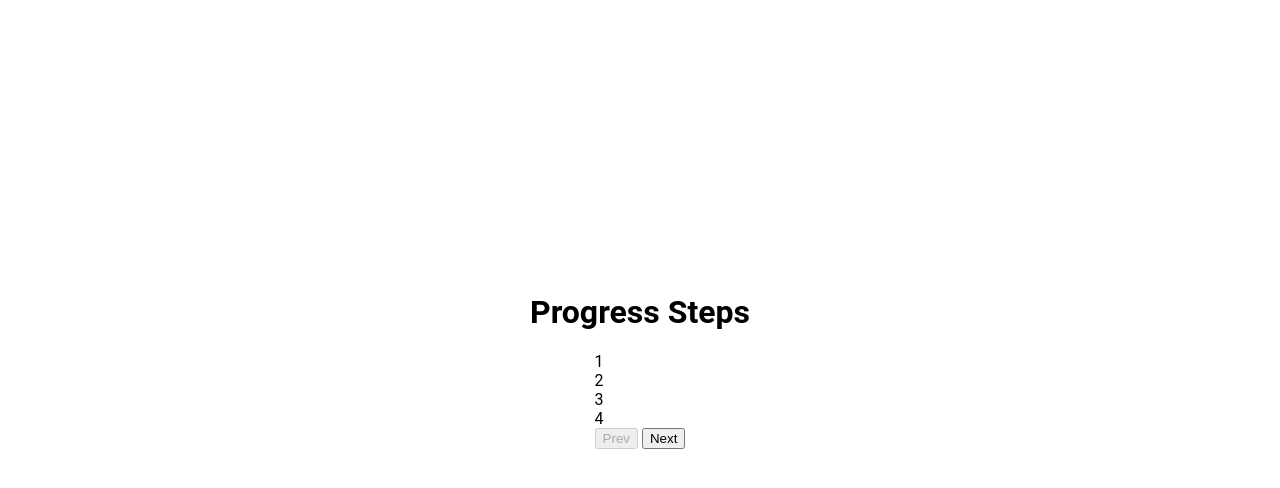
Repository: thecoachanna/progress-step-bar
Page: index.html
These files come from the project's save history. The page is drawn as it stood at one moment and after the next save; the edit follows.
The browser window is 1280 px wide. The pictures show the whole page.
Some web fonts or font styles are not loaded; a fallback is used.

Above is the page before, as saved 2023-02-15 15:58:16.

### index.html
<!DOCTYPE html>
<html lang="en">
<head>
    <meta charset="UTF-8">
    <meta http-equiv="X-UA-Compatible" content="IE=edge">
    <meta name="viewport" content="width=device-width, initial-scale=1.0">
    <link rel="stylesheet" href="style.css">
    <title>Progress Steps</title>
</head>
<body>
    <h1>Progress Steps</h1>

    <div class="container">
        <div class="progress-container">
            <div class="progress" id="progress"></div>
            <div class="circle active">1</div>
            <div class="circle">2</div>
            <div class="circle">3</div>
            <div class="circle">4</div>
        </div>
        <button class="btn" id="prev" disabled>Prev</button>
        <button class="btn" id="next">Next</button>
    </div>


    <script src="script.js"></script>
</body>
</html>

### style.css
@import url('https://fonts.googleapis.com/css?family=Muli&display=swap');


* {
    box-sizing: border-box;
}

body {
    font-family: 'Roboto', sans-serif;
    display: flex;
    flex-direction: column;
    align-items: center;
    justify-content: center;
    height: 100vh;
    overflow: hidden;
    margin: 0;
}

Loaded but not shown: script.js (no copy from this time; the picture is the same without it)

After the next save:
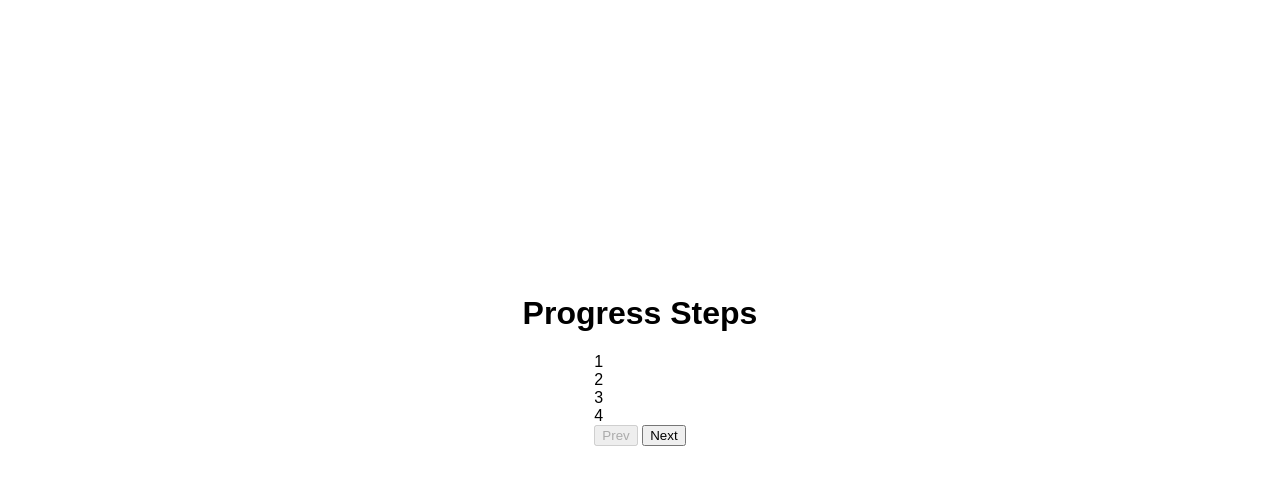
Saved 7 s later.
--- a/style.css
+++ b/style.css
@@ -6,7 +6,7 @@
 }
 
 body {
-    font-family: 'Roboto', sans-serif;
+    font-family: 'Muli', sans-serif;
     display: flex;
     flex-direction: column;
     align-items: center;
